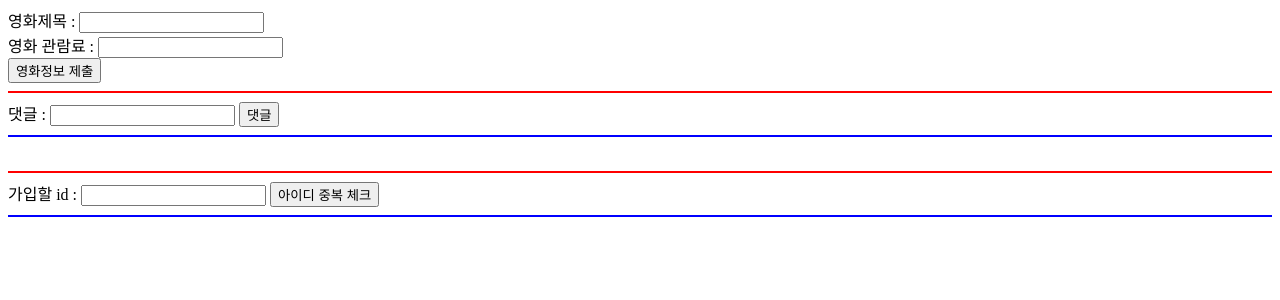
Repository: songhyeonjun/java
Page: http://localhost/spring05/ajax4.jsp
The author's editor kept a copy of each file at every save. The page is drawn from the files as they stood at one save, then again after the next save.
The browser window is 1280 px wide. The pictures show the whole page.
The page is served by Tomcat 9. Other server files are loaded and not shown.

Above is the page before, as saved 2022-02-18 05:11:52.

### spring05/src/main/webapp/ajax4.jsp
<%@ page language="java" contentType="text/html; charset=UTF-8"
    pageEncoding="UTF-8"%>
<!DOCTYPE html>
<html>
<head>
<meta charset="UTF-8">
<title>Insert title here</title>
<script src="https://code.jquery.com/jquery-3.6.0.js"></script>
<script>
$(function() { // dom(document object model)
	// body dom tree로 ram에 읽어들인 후,
	// function을 실행 익명함수
	$('#b1').click(function() {
		$.ajax({
			url : "movie",
			data : {
				title : $('#title').val(),
				price : $('#price').val()
			},
			success : function(result) {
				alert(result);
				$('#d2').html(result);
			},
			error : function() {
				alert('ajax실패@@')
			}
		});
	});

	$('#b2').click(function() {
		$.ajax({
			url : "reply",
			data : {
				reply : $('#reply').val()
			},
			success : function(result) {
				alert(result);
				$('#d1').append(result)
			},
			error : function() {
				alert('ajax실패@@')
			}
		});
	});

	$('#b3').click(function() {
		$.ajax( {
			url : "user",
			data : {
				user : $('#id').val()
			},
			success : function(result) {
				alert(result)
				$('#d2').html(result);
			},
			error : function() {
				alert('ajax실패@@');
			}
		});
	});
});
</script>
</head>
<body>
	영화제목 : <input type="text" name="title" id="title"><br>
	영화 관람료 : <input type="text" name="price" id="price"><br>
	<button type="submit" id="b1">영화정보 제출</button>

	<hr color="red">
	댓글 : <input type="text" name="reply" id="reply">
	<button id="b2">댓글</button>
	<hr color="blue">
	<div id="d1"><br></div>

	<hr color="red">
	가입할 id : <input type="text" id="id">
	<button id="b3">아이디 중복 체크</button>
	<hr color="blue">
	<div id="d2"></div>
</body>
</html>

After the next save:
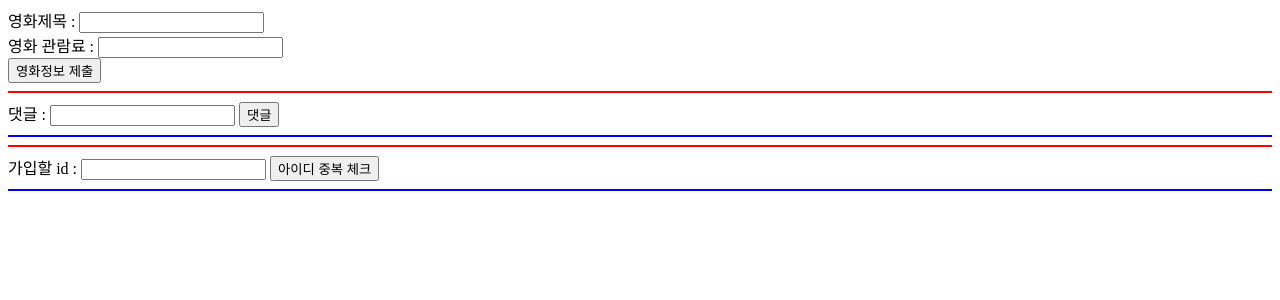
Saved 2 s later.
--- a/spring05/src/main/webapp/ajax4.jsp
+++ b/spring05/src/main/webapp/ajax4.jsp
@@ -70,7 +70,7 @@ $(function() { // dom(document object model)
 	댓글 : <input type="text" name="reply" id="reply">
 	<button id="b2">댓글</button>
 	<hr color="blue">
-	<div id="d1"><br></div>
+	<div id="d1"></div>
 
 	<hr color="red">
 	가입할 id : <input type="text" id="id">
